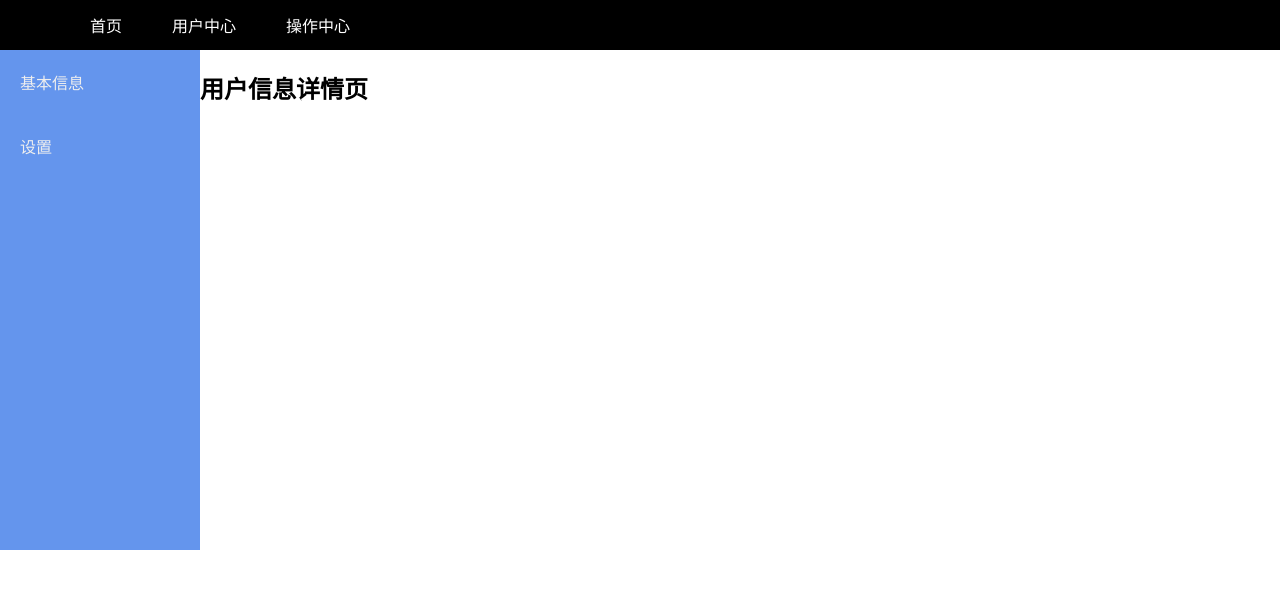
Repository: zhenzhen-gong/react-learning
Page: /user/info
These files come from the project's save history. The page is drawn as it stood at one moment and after the next save; the edit follows.
The browser window is 1280 px wide. The pictures show the whole page.
The project was rebuilt for these pictures with package versions that can differ from the ones it lists, and the page was loaded fresh each time. Also part of the build but not shown: src/component/qianTaoRouter/home.js, src/component/qianTaoRouter/user/set.js, src/component/qianTaoRouter/handleCenter.js.

Above is the page before, as saved 2021-04-18 23:57:59.

After the next save:
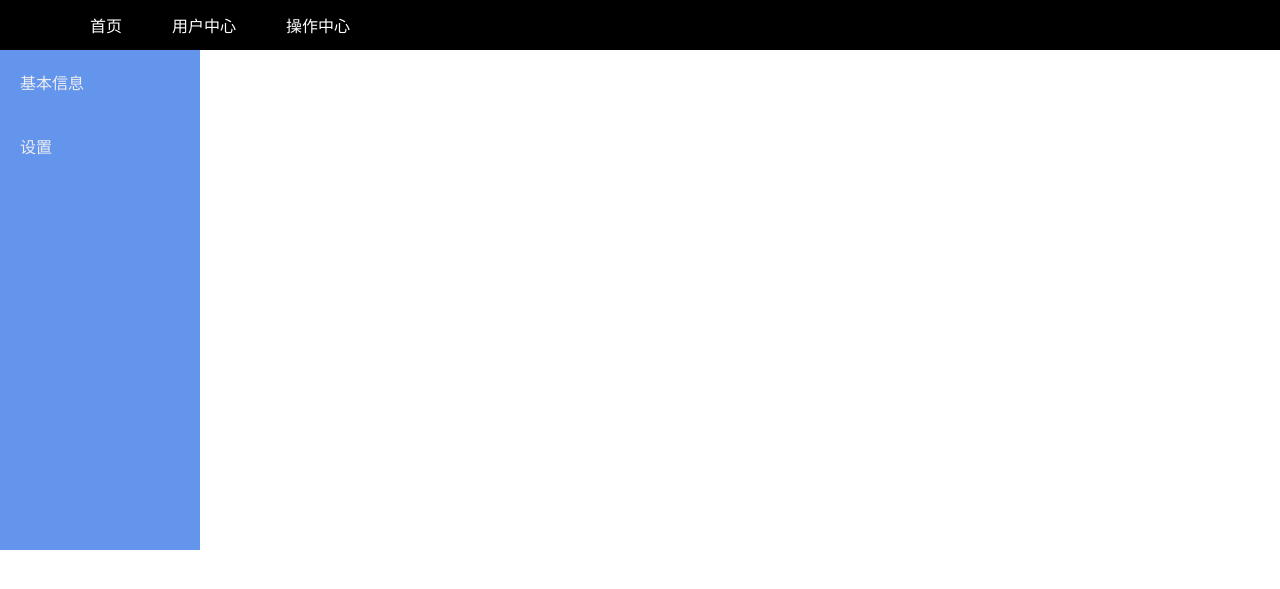
Saved 12 s later.
--- a/src/component/qianTaoRouter/userCenter.js
+++ b/src/component/qianTaoRouter/userCenter.js
@@ -24,7 +24,7 @@ class UserCenter extends Component {
                     <Link to='/user/set'>设置</Link>
                 </div>
                 <div className='right'>
-                    <Route path='/user/' component={UserInfo} />
+                    <Route exact path='/user/' component={UserInfo} />
                     <Route path='/user/set' component={SetInfo} />
                 </div>
 
